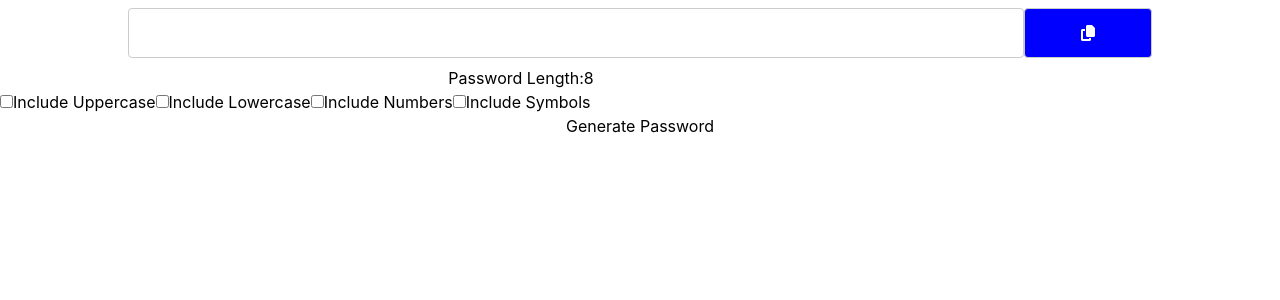
Repository: sriram1224/Password-generator
Page: / (app in password-generator/)
An editor plug-in stored every save of this project. The page is shown before and after the next save, followed by the edit.
The browser window is 1280 px wide. The pictures show the whole page.
Some web libraries are served in a nearby version. The project was rebuilt for these pictures with package versions that can differ from the ones it lists, and the page was loaded fresh each time.

Above is the page before, as saved 2024-03-10 21:29:42.

### password-generator/public/index.html
<!DOCTYPE html>
<html lang="en">

<head>
  <meta charset="utf-8" />
  <link rel="icon" href="%PUBLIC_URL%/favicon.ico" />
  <meta name="viewport" content="width=device-width, initial-scale=1" />
  <meta name="theme-color" content="#000000" />
  <meta name="description" content="Web site created using create-react-app" />

  <link rel="apple-touch-icon" href="%PUBLIC_URL%/logo192.png" />
  <link rel="stylesheet" href="https://cdnjs.cloudflare.com/ajax/libs/font-awesome/6.5.1/css/all.min.css"
    integrity="sha512-DTOQO9RWCH3ppGqcWaEA1BIZOC6xxalwEsw9c2QQeAIftl+Vegovlnee1c9QX4TctnWMn13TZye+giMm8e2LwA=="
    crossorigin="anonymous" referrerpolicy="no-referrer" />
  <link rel="manifest" href="%PUBLIC_URL%/manifest.json" />

  <title>React App</title>
</head>

<body>
  <noscript>You need to enable JavaScript to run this app.</noscript>
  <div id="root"></div>
  <script src="https://cdn.tailwindcss.com"></script>
</body>

</html>

### password-generator/src/App.js
import PasswordGenerator from './Components/content.js';
import './App.css';

function App() {
  return (
    <div className="App">
       <PasswordGenerator />

    </div>
  );
}

export default App;

### password-generator/src/Components/content.js
import React, { useState } from 'react';
import "./content.css"
const PasswordGenerator = () => {
  const [includeUppercase, setIncludeUppercase] = useState(false);
  const [includeLowercase, setIncludeLowercase] = useState(false);
  const [includeNumbers, setIncludeNumbers] = useState(false);
  const [includeSymbols, setIncludeSymbols] = useState(false);
  const [password, setPassword] = useState('');
  const [passwordLength, setPasswordLength] = useState(8);

  const generatePassword = () => {
    const uppercaseChars = 'ABCDEFGHIJKLMNOPQRSTUVWXYZ';
    const lowercaseChars = 'abcdefghijklmnopqrstuvwxyz';
    const numberChars = '0123456789';
    const symbolChars = '!@#$%^&*()_+-=[]{}|;:,.<>?';

    let chars = '';
    if (includeUppercase) chars += uppercaseChars;
    if (includeLowercase) chars += lowercaseChars;
    if (includeNumbers) chars += numberChars;
    if (includeSymbols) chars += symbolChars;

    let generatedPassword = '';
    for (let i = 0; i < passwordLength; i++) {
      const randomIndex = Math.floor(Math.random() * chars.length);
      generatedPassword += chars[randomIndex];
    }
    setPassword(generatedPassword);
  };

  const copyToClipboard = () => {
    navigator.clipboard.writeText(password);
  };

  return (
    <div>


      <div>
        <input type="text" readOnly value={password} class="text-input"	 />
        <button onClick={copyToClipboard} class="copy"><i class="fa-solid fa-copy"></i></button>
          </div>
          <div>
        <label>
          Password Length:
          <input type="number" value={passwordLength} onChange={(e) => setPasswordLength(parseInt(e.target.value))} />
        </label>
          </div>
          <div class="checkboxed">
               <div>
        <label>
          <input type="checkbox" checked={includeUppercase} onChange={() => setIncludeUppercase(!includeUppercase)} />
          Include Uppercase
        </label>
      </div>
      <div>
        <label>
          <input type="checkbox" checked={includeLowercase} onChange={() => setIncludeLowercase(!includeLowercase)} />
          Include Lowercase
        </label>
      </div>
      <div>
        <label>
          <input type="checkbox" checked={includeNumbers} onChange={() => setIncludeNumbers(!includeNumbers)} />
          Include Numbers
        </label>
      </div>
      <div>
        <label>
          <input type="checkbox" checked={includeSymbols} onChange={() => setIncludeSymbols(!includeSymbols)} />
          Include Symbols
        </label>
              </div>
            </div>

          <button onClick={generatePassword} class="generate">Generate Password</button>
    </div>
  );
};

export default PasswordGenerator;

### password-generator/src/Components/content.css
.text-input{
    width: 70%;
    padding: 12px 20px;
    margin: 8px 0;
    display: inline-block;
    border: 1px solid #ccc;
    border-radius: 4px;
    box-sizing: border-box;
}
.copy{
    width: 10%;
    padding: 12px 20px;
    margin: 8px 0;
    display: inline-block;
    border: 1px solid #ccc;
    border-radius: 4px;
    box-sizing: border-box;
    background-color: blue;
    color: white;
}
.checkboxed{
    display: flex;
}

Loaded but not shown: password-generator/src/index.js (common file); password-generator/src/index.css (common file); password-generator/src/reportWebVitals.js (common file); password-generator/src/App.css (common file)

After the next save:
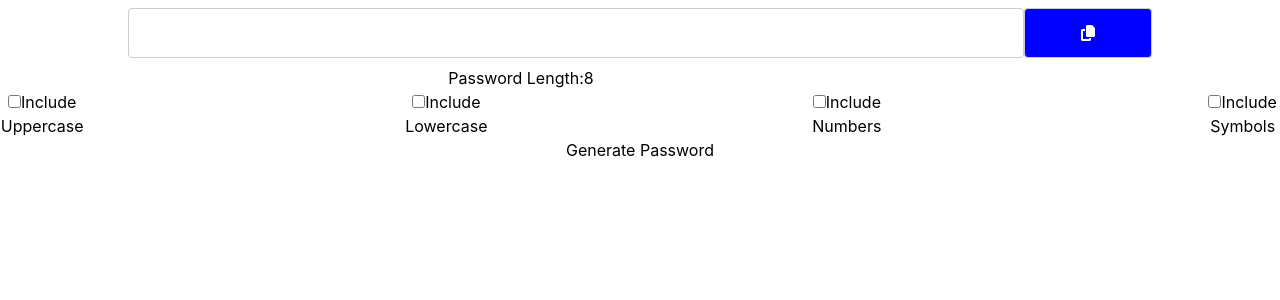
Saved 11 s later.
--- a/password-generator/src/Components/content.css
+++ b/password-generator/src/Components/content.css
@@ -20,4 +20,5 @@
 }
 .checkboxed{
     display: flex;
+    gap: 20rem;
 }
